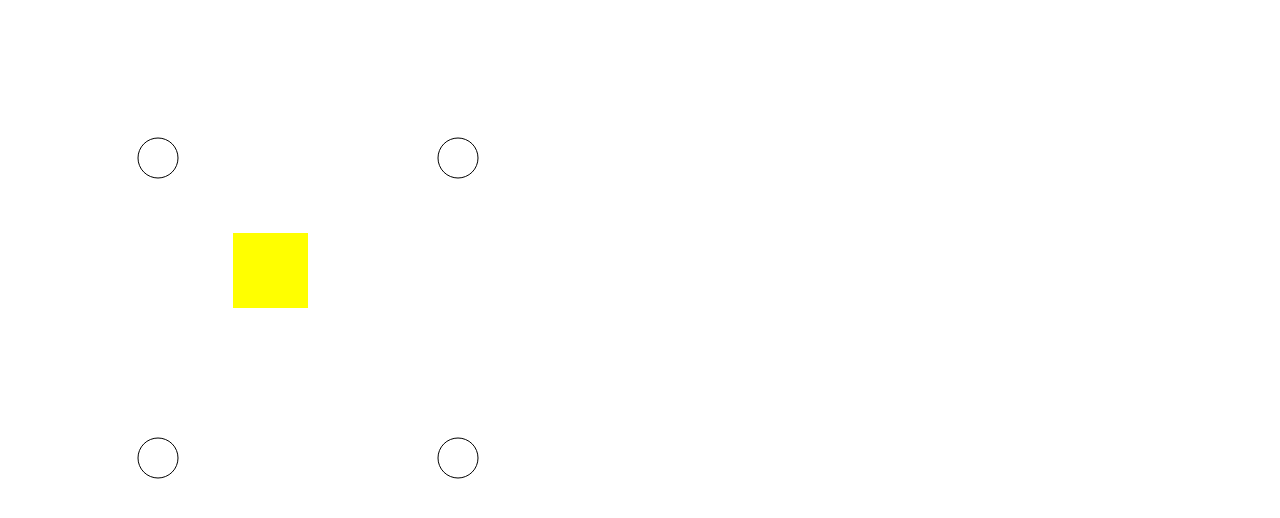
Repository: facio313/Python
Page: HELLO_PYTHON/day17/templates/canvas.html
An editor plug-in stored every save of this project. The page is shown before and after the next save, followed by the edit.
The browser window is 1280 px wide. The pictures show the whole page.

Above is the page before, as saved 2022-12-15 10:38:53.

After the next save:
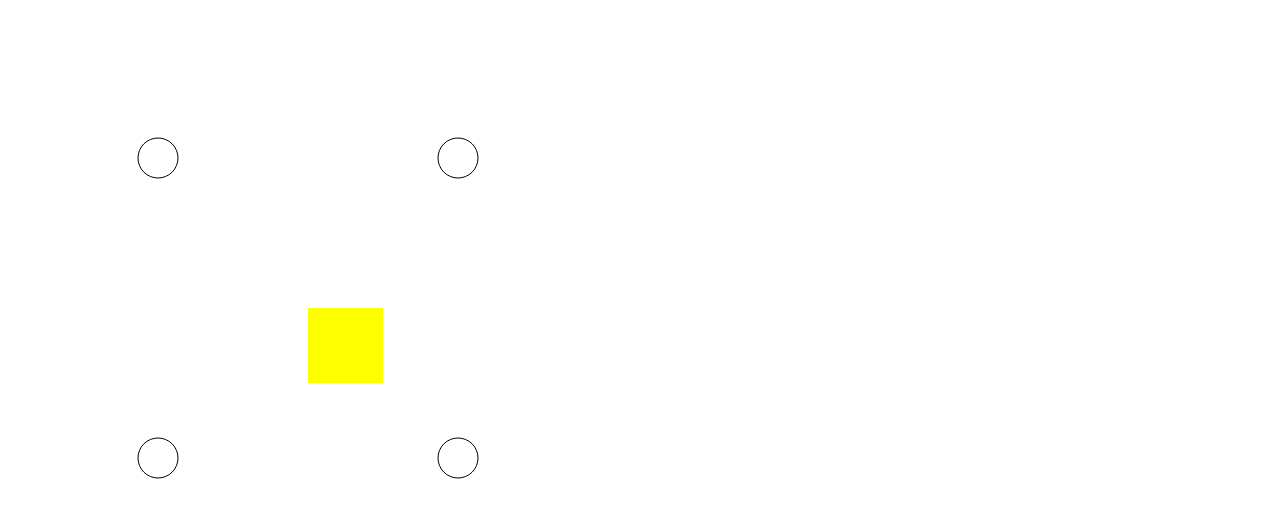
Saved 14 s later.
--- a/HELLO_PYTHON/day17/templates/canvas.html
+++ b/HELLO_PYTHON/day17/templates/canvas.html
@@ -27,7 +27,7 @@ function loader(){
 	ctx.stroke();
 
 	ctx.fillStyle = "rgba(255, 255, 0, 1)";
-	ctx.fillRect (225, 225, 75, 75);
+	ctx.fillRect (300, 300, 75, 75);
 }
 </script>
 
